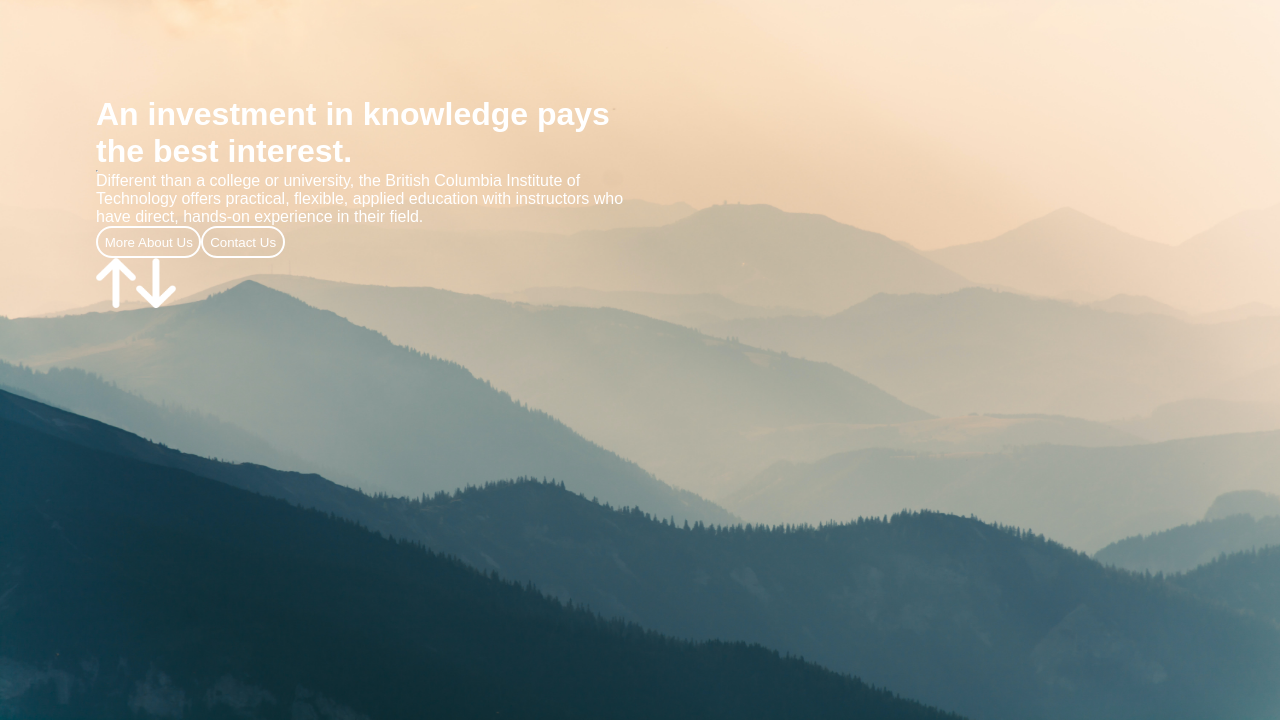
Repository: jennydmcm/assignment-1-playwright-site-A01338943
Page: /
These files come from the project's save history. The page is drawn as it stood at one moment and after the next save; the edit follows.
The browser window is 1280 px wide. The pictures show the whole page.
The project was rebuilt for these pictures with package versions that can differ from the ones it lists, and the page was loaded fresh each time. The framework's server and built-in components were replaced by stand-ins that run in the browser. Also part of the build but not shown: next.config.js.

Above is the page before, as saved 2023-02-08 10:10:26.

### pages/_app.js
import '../styles/globals.css'
import '../styles/variables.css'

function MyApp({ Component, pageProps }) {
  return <Component {...pageProps} />
}

export default MyApp

### pages/index.js
import Head from "next/head";
import Image from "next/image";
import { Inter } from "@next/font/google";
import styles from "@/styles/home.module.css";
import Link from "next/link";
import { useRouter } from "next/router";
import Bg from "public/background-images/backgroundMountain.jpg";
import downArrow from "public/icons/downwardArrow.png";
import upArrow from "public/icons/upwardArrow.png";

const inter = Inter({ subsets: ["latin"] });

export default function Home() {
  const router = useRouter();
  return (
    <>
      <Head>
        <title>{"Home"}</title>
        <meta name="description" content="Generated by create next app" />
        <meta name="viewport" content="width=device-width, initial-scale=1" />
        <meta name="author" content={"MDIA 2109"} />
        <meta property="og:title" content={"Assignment #1 - Home Page"} />
        <meta
          property="og:description"
          content={"BCIT Digital Design and Development Diploma"}
        />
        <link rel="icon" href="/favicon.png" />
      </Head>
      <Image
        src={Bg}
        fill
        style={{
          zIndex: -1,
        }}
      />
      <main className={styles.main}>
        <div className={styles.text}>
          <h1 className={styles.header}>
            {"An investment in knowledge pays the best interest."}
          </h1>
          <hr className={styles.line}></hr>
          <p className={styles.subhead}>
            {
              "Different than a college or university, the British Columbia Institute of Technology offers practical, flexible, applied education with instructors who have direct, hands-on experience in their field."
            }
          </p>
        </div>
        <a>
          <button
            className={styles.aboutbtn}
            type="button"
            onClick={() => router.push("/about")}
          >
            More About Us
          </button>
          <button
            className={styles.contactbtn}
            type="button"
            onClick={() => router.push("/contact")}
          >
            Contact Us
          </button>
        </a>

        <a>
          <span>
            <a className={styles.arrow} href="/about">
              <span>
                <Image src={upArrow} width={40} height={50} />
                <Image src={downArrow} width={40} height={50} />
              </span>
            </a>
          </span>
        </a>
      </main>
    </>
  );
}

### styles/variables.css
:root{
    --primary-color: #fff;
    --secondary-color: #f4d6b9;
    --ternary-color: #14343d;
    --quaternary-color: #14343d;
    --quinary-color: rgba(16,46,53,0.5);

}

### styles/Home.module.css
.main {
  display: flex;
  flex-direction: column;
  justify-content: space-between;
  align-items: flex-start;
  padding: 6rem;

}

.text{
  display: flex;
  align-items: flex-start;
  flex-direction: column;
  width: 50%;
}

.line{
  color: var(--secondary-color);
}

.header{
  color: var(--primary-color);
  font-family: Arial, Helvetica, sans-serif;

}
.subhead{
  color: var(--primary-color);
  font-family: Arial, Helvetica, sans-serif;
  font-weight: lighter;
}

.aboutbtn{
  color: var(--primary-color);
  background: none;
  border: 0.2em solid white;
  border-radius: 4rem;
  padding: 0.5em;
}

.aboutbtn:hover{
  background-color: white;
  color: var(--ternary-color);
}

.contactbtn{
  color: var(--primary-color);
  background: none;
  border: 0.2em solid white;
  border-radius: 4rem;
  padding: 0.5em;

}

.contactbtn:hover{
  background-color: white;
  color: var(--ternary-color);
}

Loaded but not shown: pages/_document.js (common file); styles/globals.css (common file)

After the next save:
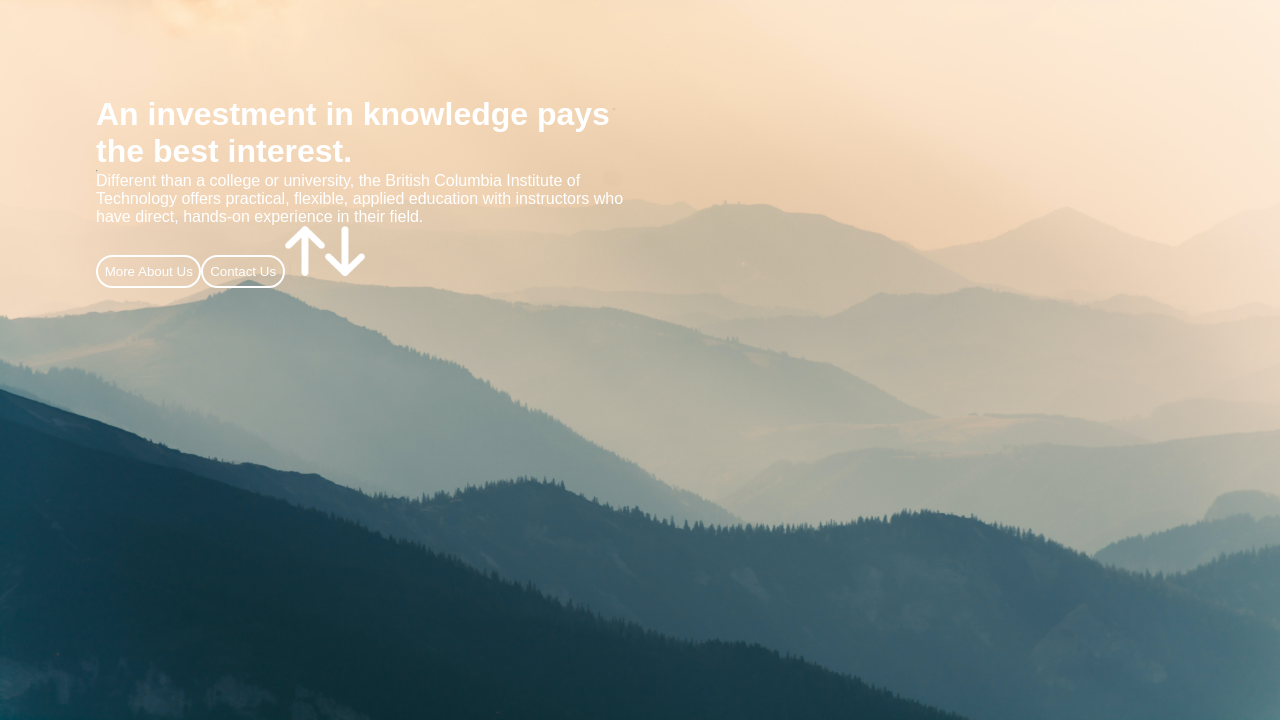
Saved 4 min 50 s later.
--- a/pages/index.js
+++ b/pages/index.js
@@ -45,33 +45,35 @@ export default function Home() {
             }
           </p>
         </div>
-        <a>
-          <button
-            className={styles.aboutbtn}
-            type="button"
-            onClick={() => router.push("/about")}
-          >
-            More About Us
-          </button>
-          <button
-            className={styles.contactbtn}
-            type="button"
-            onClick={() => router.push("/contact")}
-          >
-            Contact Us
-          </button>
-        </a>
+        <div className="styles.buttons">
+          <a>
+            <button
+              className={styles.aboutbtn}
+              type="button"
+              onClick={() => router.push("/about")}
+            >
+              More About Us
+            </button>
+            <button
+              className={styles.contactbtn}
+              type="button"
+              onClick={() => router.push("/contact")}
+            >
+              Contact Us
+            </button>
+          </a>
 
-        <a>
-          <span>
-            <a className={styles.arrow} href="/about">
-              <span>
-                <Image src={upArrow} width={40} height={50} />
-                <Image src={downArrow} width={40} height={50} />
-              </span>
-            </a>
-          </span>
-        </a>
+          <a>
+            <span>
+              <a className={styles.arrow} href="/about">
+                <span>
+                  <Image src={upArrow} width={40} height={50} />
+                  <Image src={downArrow} width={40} height={50} />
+                </span>
+              </a>
+            </span>
+          </a>
+        </div>
       </main>
     </>
   );
